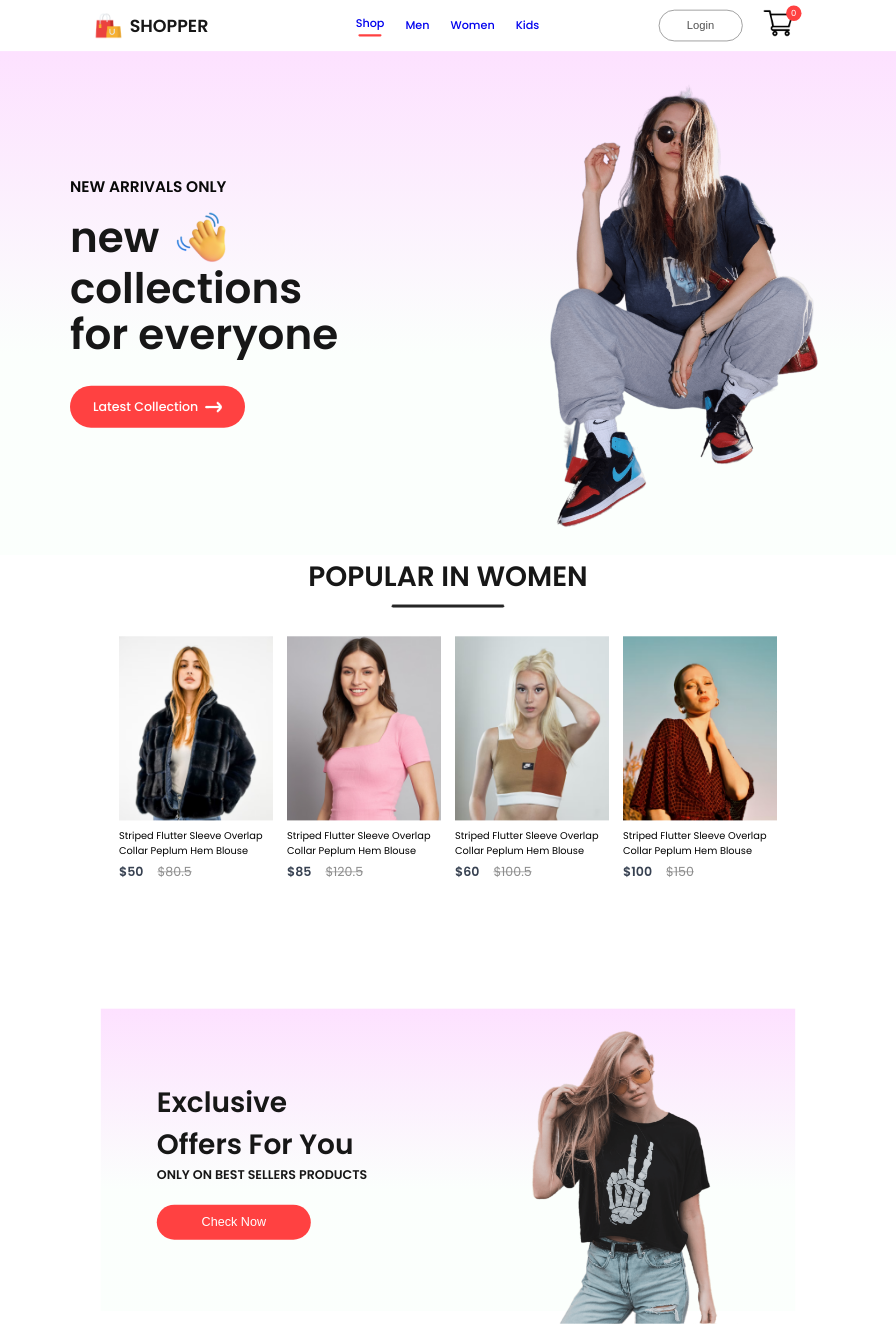
Repository: AiTrinh303/Simple-Shop
Page: / (app in frontend/)
The author's editor kept a copy of each file at every save. The page is drawn from the files as they stood at one save, then again after a run of saves.
The browser window is 1280 px wide. The pictures show the part of the page from y = 0 to 1920 px (the page is 3057 px tall), at 70% of full size.
The page's requests for data from a server got no answer. The project was rebuilt for these pictures with package versions that can differ from the ones it lists, and the page was loaded fresh each time. No one was signed in, and anything a server would have sent is missing. Also part of the build but not shown: frontend/src/App.css, frontend/src/Pages/CSS/ShopCategory.css, frontend/src/Pages/ShopCategory.jsx, frontend/src/components/Breadcrums/Breadcrum.css, frontend/src/components/Breadcrums/Breadcrum.jsx, frontend/src/components/ProductDisplay/ProductDisplay.css, frontend/src/components/ProductDisplay/ProductDisplay.jsx, frontend/src/components/DescriptionBox/DescriptionBox.css and 6 more. Imported but missing from the stored project, and not drawn on this page: frontend/src/Pages/Cart.

Above is the page before, as saved 2024-07-08 14:29:02.

After the next 4 saves:
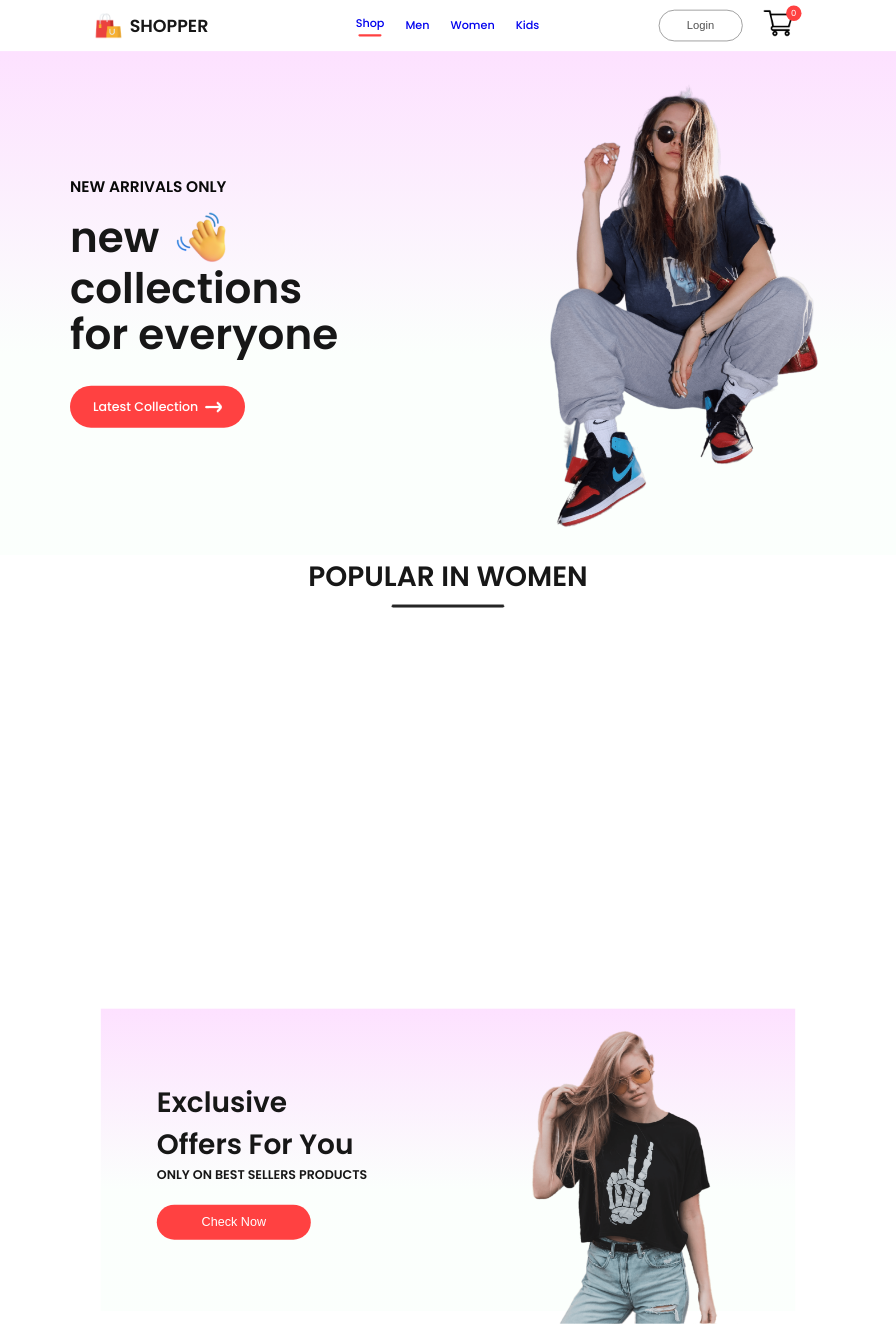
The 4 saves are shown as one change because 3 did not build or start.
The last was saved 60 s later.
--- a/frontend/src/components/Popular/Popular.jsx
+++ b/frontend/src/components/Popular/Popular.jsx
@@ -1,18 +1,19 @@
 import React, {useState} from 'react'
 import './Popular.css'
-import data_product from '../Assets/data'
+//import data_product from '../Assets/data'
 import Item from '../Item/Item'
 
 const Popular = () => {
 
-  const [popularProducts, setPopularProducts] = useState ([])
+  const [popularProducts, setPopularProducts] = useState ([]);
+
 
   return (
     <div className='popular'>
       <h1>POPULAR IN WOMEN</h1>
       <hr />
       <div className="popular-item">
-        {data_product.map((item,i) => {
+        {popularProducts.map((item,i) => {
           return (
             <Item
                 key={i}
